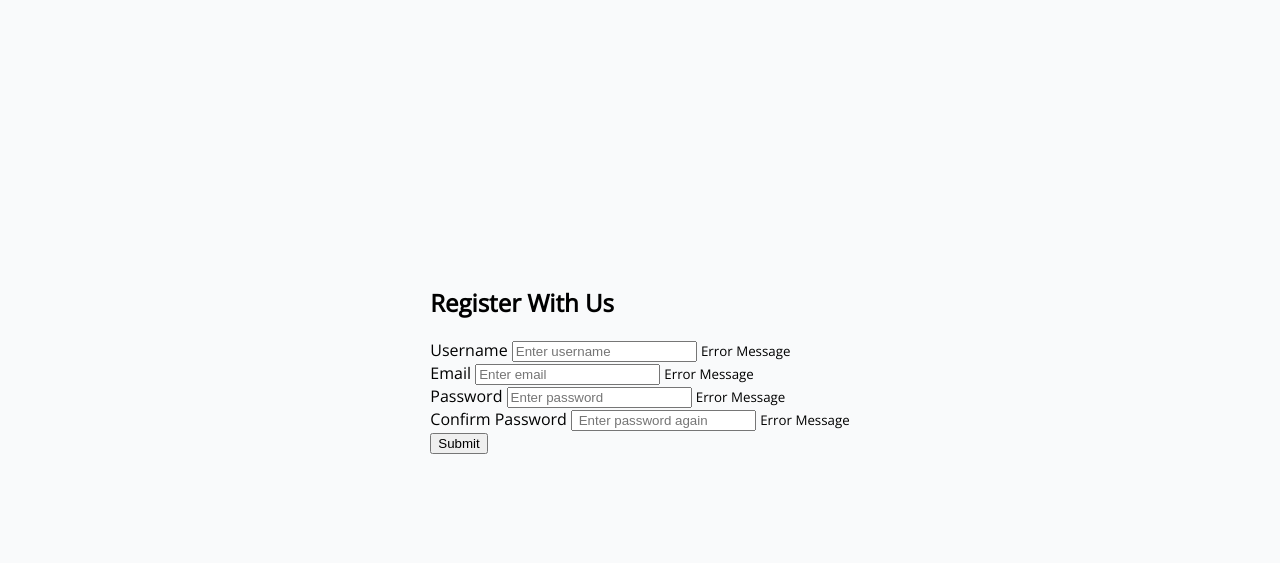
Repository: Youvelop/formValidator
Page: index.html
These files come from the project's save history. The page is drawn as it stood at one moment and after the next save; the edit follows.
The browser window is 1280 px wide. The pictures show the whole page.

Above is the page before, as saved 2020-06-25 18:48:14.

### index.html
<!DOCTYPE html>
<html lang="en">
  <head>
    <meta charset="UTF-8" />
    <meta name="viewport" content="width=device-width, initial-scale=1.0" />
    <link rel="stylesheet" href="style.css" />
    <title>Form Validator</title>
  </head>
  <body>
    <div class="container">
      <form id="form" class="form">
        <h2>Register With Us</h2>
        <div class="form-control">
          <label for="username">Username</label>
          <input type="text" id="username" placeholder="Enter username" />
          <small>Error Message</small>
        </div>
        <div class="form-control">
          <label for="email">Email</label>
          <input type="text" id="email" placeholder="Enter email" />
          <small>Error Message</small>
        </div>
        <div class="form-control">
          <label for="password">Password</label>
          <input type="password" id="password" placeholder="Enter password" />
          <small>Error Message</small>
        </div>
        <div class="form-control">
          <label for="password2">Confirm Password</label>
          <input
            type="text"
            id="password2"
            placeholder=" Enter password again"
          />
          <small>Error Message</small>
        </div>
        <button type="submit">Submit</button>
      </form>
    </div>
    <script src="app.js"></script>
  </body>
</html>

### style.css
@import url('https://fonts.googleapis.com/css?family=Open+Sans&display=swap');

* {
  box-sizing: border-box;
}

body {
  background-color: #f9fafb;
  font-family: 'Open Sans', sans-serif;
  display: flex;
  align-items: center;
  justify-content: center;
  min-height: 100vh;
  margin: 0;
}

Loaded but not shown: app.js (no copy from this time; the picture is the same without it)

After the next save:
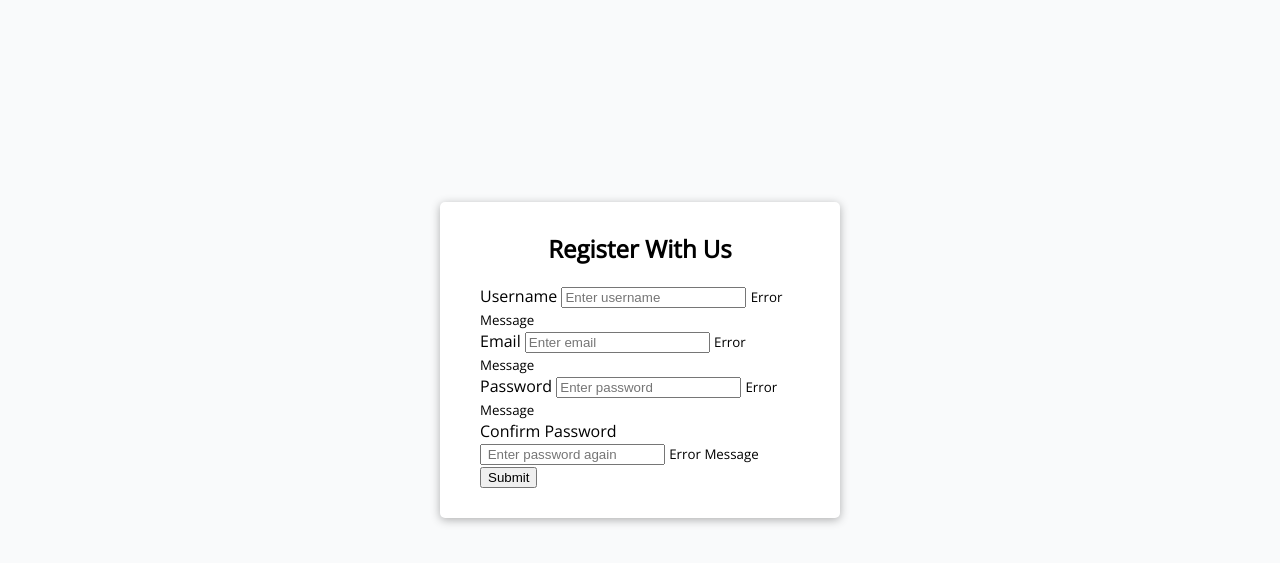
Saved 101 s later.
--- a/style.css
+++ b/style.css
@@ -13,3 +13,19 @@ body {
   min-height: 100vh;
   margin: 0;
 }
+
+.container {
+  background-color: #fff;
+  border-radius: 5px;
+  box-shadow: 0 2px 10px rgba(0, 0, 0, 0.3);
+  width: 400px;
+}
+
+.form {
+  padding: 30px 40px;
+}
+
+h2 {
+  text-align: center;
+  margin: 0 0 20px;
+}
